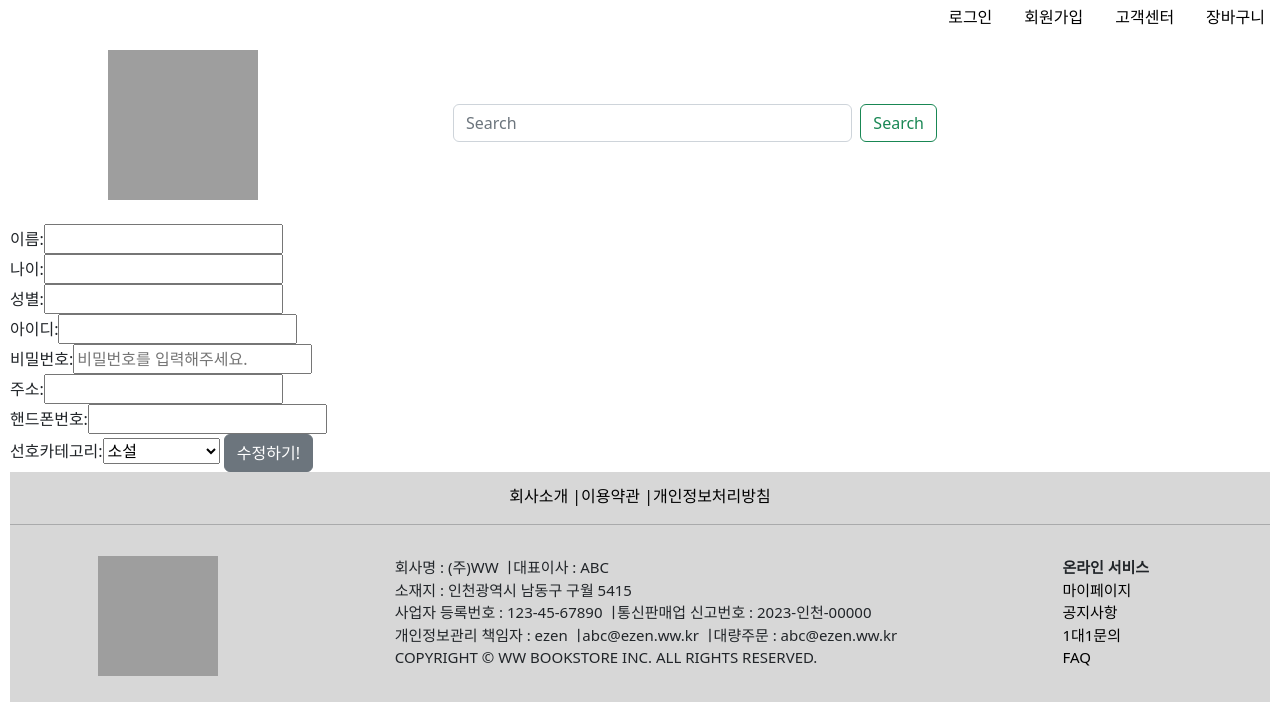
Repository: leehyeonung/project4
Page: http://localhost/book/WEB-INF/views/member/modify.jsp
The author's editor kept a copy of each file at every save. The page is drawn from the files as they stood at one save, then again after a run of saves.
The browser window is 1280 px wide. The pictures show the whole page.
Pictures or frames that could not be fetched are drawn as grey boxes. Some web libraries are served in a nearby version. The page is served by Tomcat 9. Nobody is signed in. Other server files are loaded and not shown. The template is opened directly, without the code that normally fills it, so the values that code supplies are empty.

Above is the page before, as saved 2023-01-07 07:48:34.

### book/src/main/webapp/WEB-INF/views/member/modify.jsp
<%@ page language="java" contentType="text/html; charset=UTF-8"
    pageEncoding="UTF-8"%>
<!DOCTYPE html>
<html>

<head>
<style type="text/css">
.pw_ok{
color:#008000;
display: none;
}

.pw_rewrite{
color:#ff0000;
display: none;
}
.pw_null{
color:#ff0000;
display: none;
}
</style>
<meta charset="UTF-8">
<!-- CSS only -->
<link href="https://cdn.jsdelivr.net/npm/bootstrap@5.2.2/dist/css/bootstrap.min.css"
rel="stylesheet" integrity="sha384-Zenh87qX5JnK2Jl0vWa8Ck2rdkQ2Bzep5IDxbcnCeuOxjzrPF/et3URy9Bv1WTRi"
crossorigin="anonymous">
<title>수정페이지</title>
<link rel="stylesheet" type="text/css" href="/resources/css/main.css">
</head>
<body>
<jsp:include page="../layout/header.jsp"></jsp:include>
<div class="main">
	<form action="/mem/modify" method="post">
		<input type="text" name="mem_num" value="${ses.mem_num}" hidden ><br>
		이름:<input type="text" name="mem_name" value="${ses.mem_name}" readonly ><br>
		나이:<input type="text" name="mem_age" value="${ses.mem_age}" readonly ><br>
		성별:<input type="text" name="mem_gender" value="${ses.mem_gender}" readonly ><br>
		아이디:<input type="text" name="mem_id" value="${ses.mem_id}" readonly ><br>
		비밀번호:<input type="password" name="mem_pw" id="mem_pw" onchange="checkPw()" placeholder="비밀번호를 입력해주세요." required ><br>
		<span class="pw_ok"><i class="fa-solid fa-check"></i></span>
                           <span class="pw_rewrite"><i class="fa-solid fa-x"></i></span>
                           <span class="pw_null"><i class="fa-solid fa-x"></i></span>
		주소:<input type="text" name="mem_ad" value="${ses.mem_ad}" ><br>
		핸드폰번호:<input type="text" name="mem_cell_num" value="${ses.mem_cell_num}" ><br>
		선호카테고리:<select name="mno_cno">
			<option value="소설">소설</option>
			<option value="에쎄이">에쎼이</option>
			<option value="건강/취미">건강/취미</option>
			<option value="컴퓨터/모바일">컴퓨터/모바일</option>
			</select>

		<button type="submit" class="btn btn-secondary">수정하기!</button>
	</form>
	<script src="https://code.jquery.com/jquery-3.4.1.js"></script>
	<script type="text/javascript">
	   function checkPw(){
		   var mem_pw = document.getElementById('mem_pw').value; //id값이 "id"인 입력란의 값을 저장
		   console.log(mem_pw);
		   $.ajax({
		      url:'/mem/pwCheck', //Controller에서 요청 받을 주소
		      type:'post', //POST 방식으로 전달
		      data:{mem_pw:mem_pw},
		      success:function(isOk){ //컨트롤러에서 넘어온 isOK값을 받는다
		         if(isOk == 'pw_ok'){ //ok이면 가입 가능
		            $('.pw_ok').css("display","inline-block");
		            $('.pw_rewrite').css("display", "none"); //정규식 어긋나면
		            $('.pw_null').css("display", "none");
		         }else if(isOk =='pw_null'){//input이 null값임. 입력 요청
		            $('.pw_ok').css("display","none");
		            $('.pw_rewrite').css("display", "none");
		            $('.pw_null').css("display", "inline-block");
		         }
		         else { //중복일 경우
		            $('.pw_ok').css("display", "none");
		            $('.pw_rewrite').css("display","inline-block");
		            $('.pw_null').css("display", "none");
		            // alert("아이디를 다시 입력해주세요");
		            $('#mem_pw').val('');
		         }
		      },
		      error:function(request,status,error){
		      console.log("code:"+request.status+"\n"+"message:"+request.responseText+"\n"+"error:"+error);
		      }

		   });
		   };
	</script>
</div>
<jsp:include page="../layout/footer.jsp"></jsp:include>
</body>
</html>

### book/src/main/webapp/WEB-INF/views/layout/header.jsp
<%@ page language="java" contentType="text/html; charset=UTF-8"
    pageEncoding="UTF-8"%>
<%@ taglib uri="http://java.sun.com/jsp/jstl/core" prefix="c"%>
<!DOCTYPE html>
<html>
<head>
<meta charset="UTF-8">
<title>Insert title here</title>
<!-- CSS only -->
<link href="https://cdn.jsdelivr.net/npm/bootstrap@5.2.2/dist/css/bootstrap.min.css"
rel="stylesheet" integrity="sha384-Zenh87qX5JnK2Jl0vWa8Ck2rdkQ2Bzep5IDxbcnCeuOxjzrPF/et3URy9Bv1WTRi"
crossorigin="anonymous">
<link rel="stylesheet" type="text/css" href="/resources/css/header.css">
</head>
<body>
<div class="header">
    <div class="menu">
        <c:if test="${ses.mem_id ==null}">
        <ul><a href="/mem/loginPage">로그인</a></ul>
        <ul><a href="/mem/joinPage">회원가입</a></ul>
        </c:if>
        <c:if test="${ses.mem_id == 'admin' }">
        <ul><a href="/mem/logOut">로그아웃</a></ul>
        <ul><a href="/mem/adminpage">관리인페이지</a></ul>
        </c:if>
        <c:if test="${ses.mem_id !=null && ses.mem_id !='admin' }">
        <ul><a href="/mem/logOut">로그아웃</a></ul>
        <ul><a href="/mem/mypage">마이페이지</a></ul>
        </c:if>
        <ul><a href="#">고객센터</a></ul>
        <ul><a href="#">장바구니</a></ul>
    </div>
    <div class="bar">
       <div class="logo">
         <a href="/"><img src="/resources/image/logo.jpg" alt="로고"></a>
       </div>
         <div class="searchBar">
            <form class="d-flex" role="search">
                 <input class="form-control me-2" type="search" placeholder="Search" aria-label="Search">
                 <button class="btn btn-outline-success" type="submit">Search</button>
              </form>
         </div>
       <div class="icons">
         <a href=""><i class="fa-solid fa-cart-shopping"></i></a>
            <a href=""><i class="fa-solid fa-user"></i></a>
       </div>
    </div>
</div>
</body>
</html>

### book/src/main/webapp/WEB-INF/views/layout/footer.jsp
<%@ page language="java" contentType="text/html; charset=UTF-8"
   pageEncoding="UTF-8"%>
<!DOCTYPE html>
<html>
<head>
<meta charset="UTF-8">
<title>Insert title here</title>
<link rel="stylesheet" type="text/css" href="/resources/css/footer.css">

</head>

<body>
   <div class="footer">
      <div class="footer-top">
         <ul>
            <li><a href="/introduce">회사소개 | </a></li>
            <li><a href="">이용약관 | </a></li>
            <li><a href="">개인정보처리방침</a></li>
         </ul>
      </div>
      <hr>
      <div class="address">
         <div class="footer-logo">
            <img src="/resources/image/logo.jpg" alt="로고">
         </div>
         <div class="address-box">
            <ul>
               <li>회사명 : (주)WW <span style="margin-right: -7px;">ㅣ</span>
                  대표이사 : ABC
               </li>

               <li>소재지 : 인천광역시 남동구 구월 5415</li>
               <li>사업자 등록번호 : 123-45-67890 <span style="margin-right: -7px;">ㅣ</span>
                  통신판매업 신고번호 : 2023-인천-00000
               </li>

               <li>개인정보관리 책임자 : ezen <span style="margin-right: -7px;">ㅣ</span>
                  abc@ezen.ww.kr <span style="margin-right: -7px;">ㅣ</span> 대량주문 :
                  abc@ezen.ww.kr
               </li>

               <li>COPYRIGHT © WW BOOKSTORE INC. ALL RIGHTS RESERVED.</li>

            </ul>

         </div>
         <div class="online-serviceBar">
            <strong>온라인 서비스</strong>
            <ul>
               <li><a href="">마이페이지</a></li>
               <li><a href="">공지사항</a></li>
               <li><a href="">1대1문의</a></li>
               <li><a href="">FAQ</a></li>
            </ul>
         </div>
      </div>
   </div>

</body>
</html>

### book/src/main/webapp/resources/css/main.css
@charset "UTF-8";

.main{
	width:1260px;
	margin: 0 auto;
}

### book/src/main/webapp/resources/css/header.css
body{
    margin:0 auto;
}
.header{
	margin:0 auto;
    width: 1260px;
    height: 200px;
   /*  background-color: pink; */
}
.menu{
   display: flex;
   justify-content: flex-end;
   padding:5px;

}
.logo{
    width: 150px;
    height: 150px;
    background-color: blue;
}
.logo>a>img{
    width: 150px;
    height: 150px;
}
.searchBar{
   /* position:absolute; */
    width: 484px;
    height: 42px;
    /* background-color: gold; */
    margin-top:54px;
    border-radius: 30px;

}
.bar{

   height: 150px;
   display: flex;
   flex-direction: row;
   flex-wrap:nowrap;
   justify-content:space-around;
/*    align-items: baseline; */


}
i{
    font-size: 42px;
    color: black;
    margin-top:54px;
    margin-right: 20px;
}
</style>

### book/src/main/webapp/resources/css/footer.css
.footer {
   width: 1260px;
   height: 230px;
   background-color: rgba(175, 175, 175, 0.5);
   margin: 0 auto;
}

.footer-logo {

   width: 120px;
   height: 120px;
   background-color: beige;
}
.footer-logo>img{
   width: 120px;
   height: 120px;
}

.address-box {
   text-align: left;
   padding: 0;
   margin: 0;
}

.address {
   padding: 15px;
   height: 150px;
   display: flex;
   font-size: 15px;
   /* align-items: baseline; */
   flex-direction: row;
   flex-wrap: nowrap;
   justify-content: space-around;
}

ul {
   list-style: none;
}

.footer, .address li {

}

.footer-top {
   text-align: center;
   padding-top: 12px;
}

.footer-top>ul {
   margin: 0;
   padding: 0;
   display: flex;
   justify-content: center;
}

.footer-top>li {
   margin: 0;
   padding: 0;
}

a {
   text-decoration-line: none;
   color: black;
}

a:visited {
   text-decoration: none;
}

a:hover {
   text-decoration: none;
}

a:focus {
   text-decoration: none;
}

a:hover, a:active {
   text-decoration: none;
}

.online-serviceBar {
   padding: 0px;
   margin-left: 20px;
   width: 120px;
   height: 120px;
}

.online-serviceBar>ul {
   margin: 0px;
   padding: 0px;
}

</style>

After the next 2 saves:
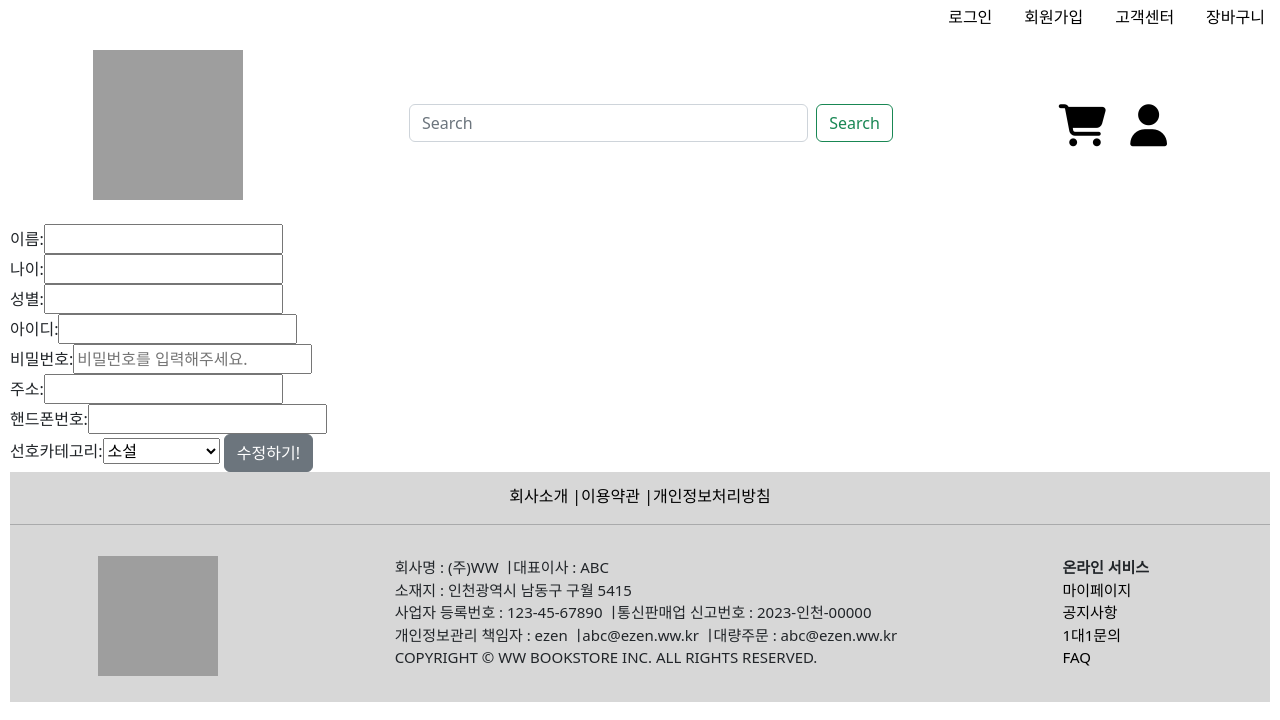
The 2 saves are shown as one change because they came seconds apart.
The last was saved 55 s later.
--- a/book/src/main/webapp/WEB-INF/views/member/modify.jsp
+++ b/book/src/main/webapp/WEB-INF/views/member/modify.jsp
@@ -21,6 +21,7 @@ display: none;
 </style>
 <meta charset="UTF-8">
 <!-- CSS only -->
+<script src="https://kit.fontawesome.com/92e616dfba.js" crossorigin="anonymous"></script>
 <link href="https://cdn.jsdelivr.net/npm/bootstrap@5.2.2/dist/css/bootstrap.min.css"
 rel="stylesheet" integrity="sha384-Zenh87qX5JnK2Jl0vWa8Ck2rdkQ2Bzep5IDxbcnCeuOxjzrPF/et3URy9Bv1WTRi"
 crossorigin="anonymous">
